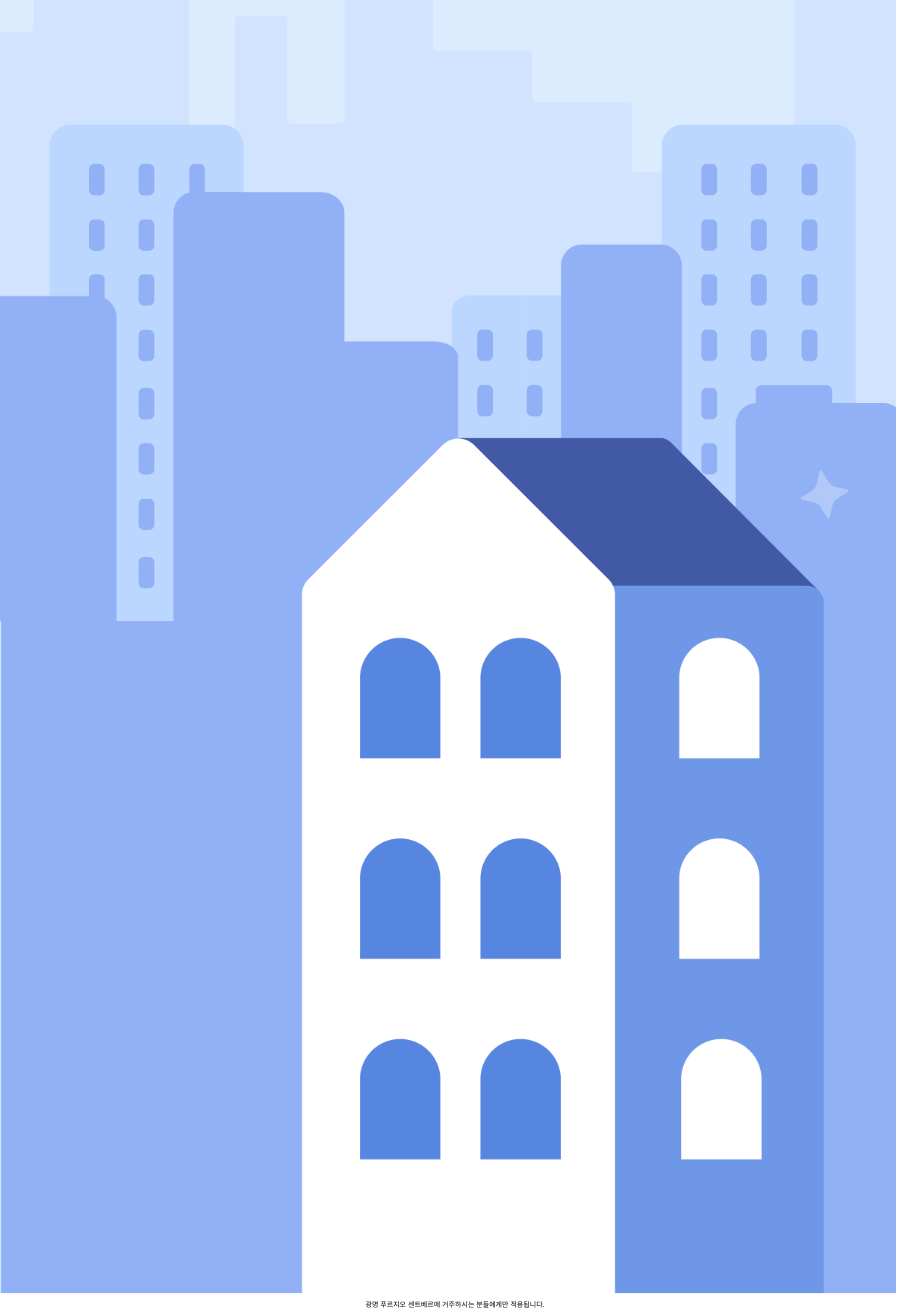
Repository: seraLeeDev/lgthinq-test
Page: index2.html
The author's editor kept a copy of each file at every save. The page is drawn from the files as they stood at one save, then again after the next save.
The browser window is 1280 px wide. The page is 1300 px wide, so the pictures cover 1300 px, including what lies to the right of the window. The pictures show the part of the page from y = 1595 to 3475 px (the page is 3475 px tall), at 70% of full size.
Some web fonts or font styles are not loaded; a fallback is used.

Above is the page before, as saved 2023-03-14 10:39:47.

After the next save:
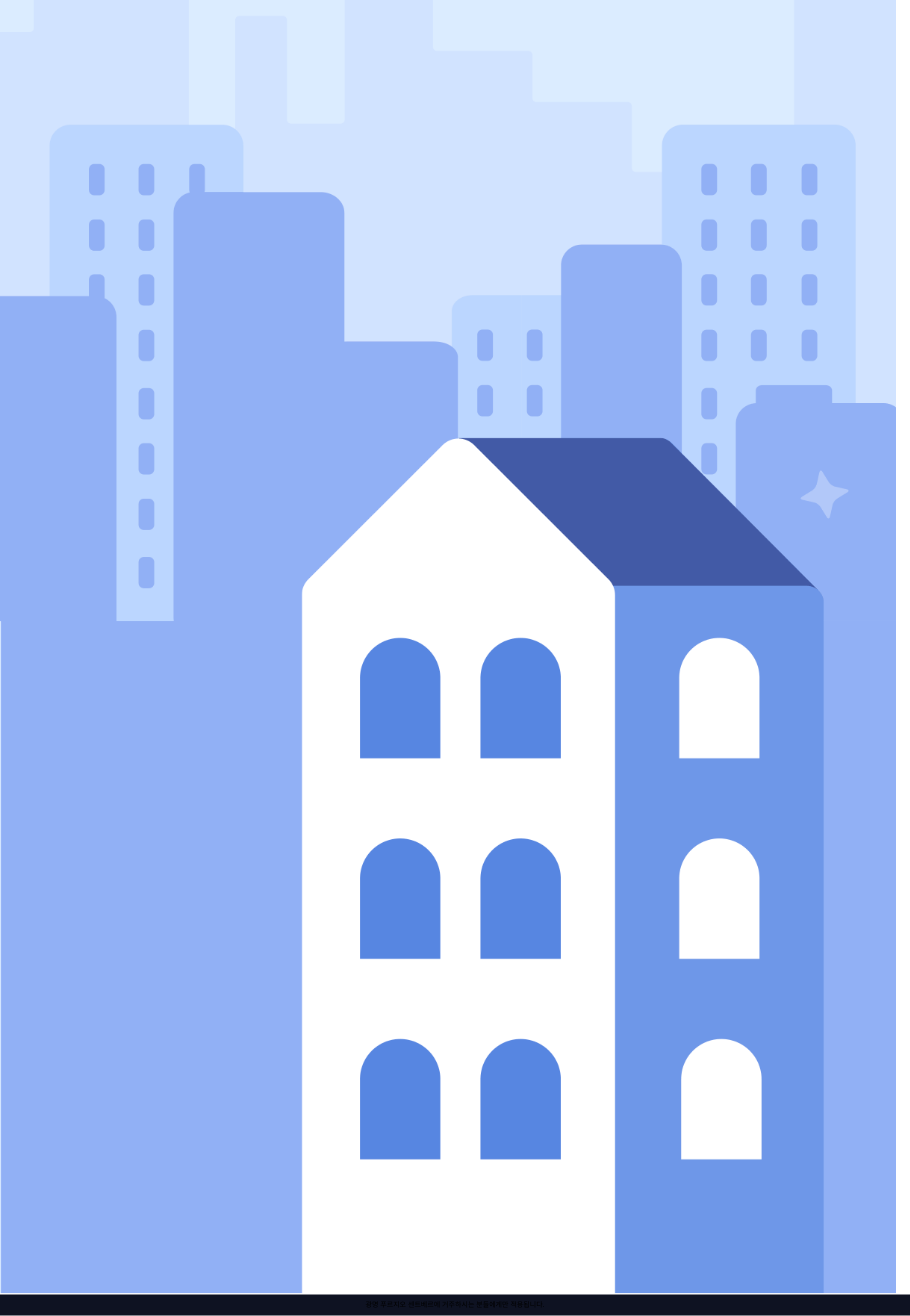
Saved 31 s later.
--- a/css/style.css
+++ b/css/style.css
@@ -35,4 +35,5 @@ body,
   width: 100%;
   padding: 10px;
   text-align: center;
+  background: #0e1222;
 }
